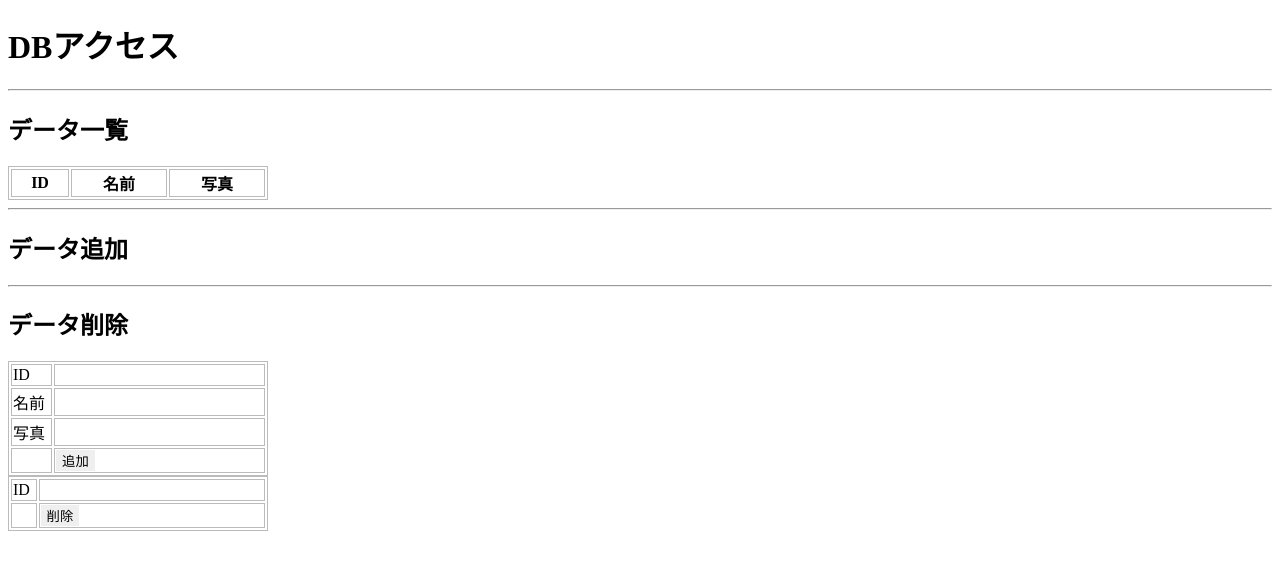
Repository: n1290118/systemDevelopment
Page: http://localhost/SampleSQL/select
An editor plug-in stored every save of this project. The page is shown before and after the next save, followed by the edit.
The browser window is 1280 px wide. The pictures show the whole page.
The page is served by Tomcat 9. Queries for data that is not in the repository find no rows.

Above is the page before, as saved 2020-09-10 01:13:56.

After the next save:
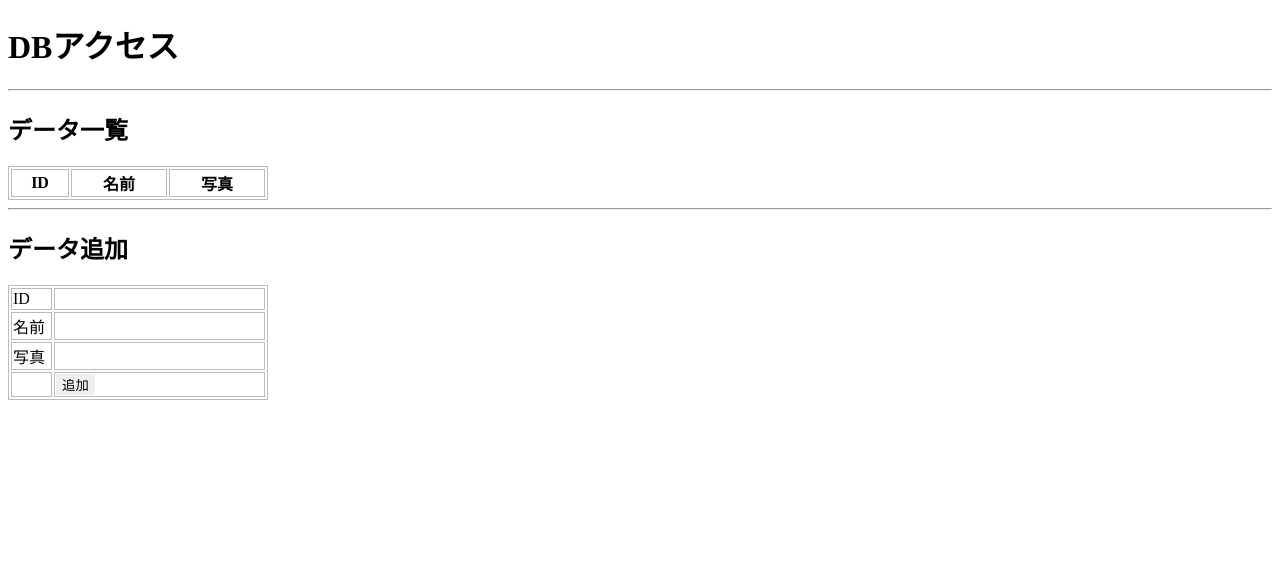
Saved 99 s later.
--- a/SampleSQL/WebContent/WEB-INF/select.jsp
+++ b/SampleSQL/WebContent/WEB-INF/select.jsp
@@ -48,18 +48,8 @@ pageEncoding="UTF-8"%>
 	</tr>
 
 
-	<hr>
-<h2>データ削除</h2>
-<form action="/delete" method="post">
-	<table>
-	<tr>
-	<td>ID</td>
-	<td><input type="text" name="deleteId" /></td>
-	</tr>
-<tr>
-	<td></td>
-	<td><input type="submit" value="削除"></td>
-</tr>
+
+
 	</table>
 	</form>
 </body>
